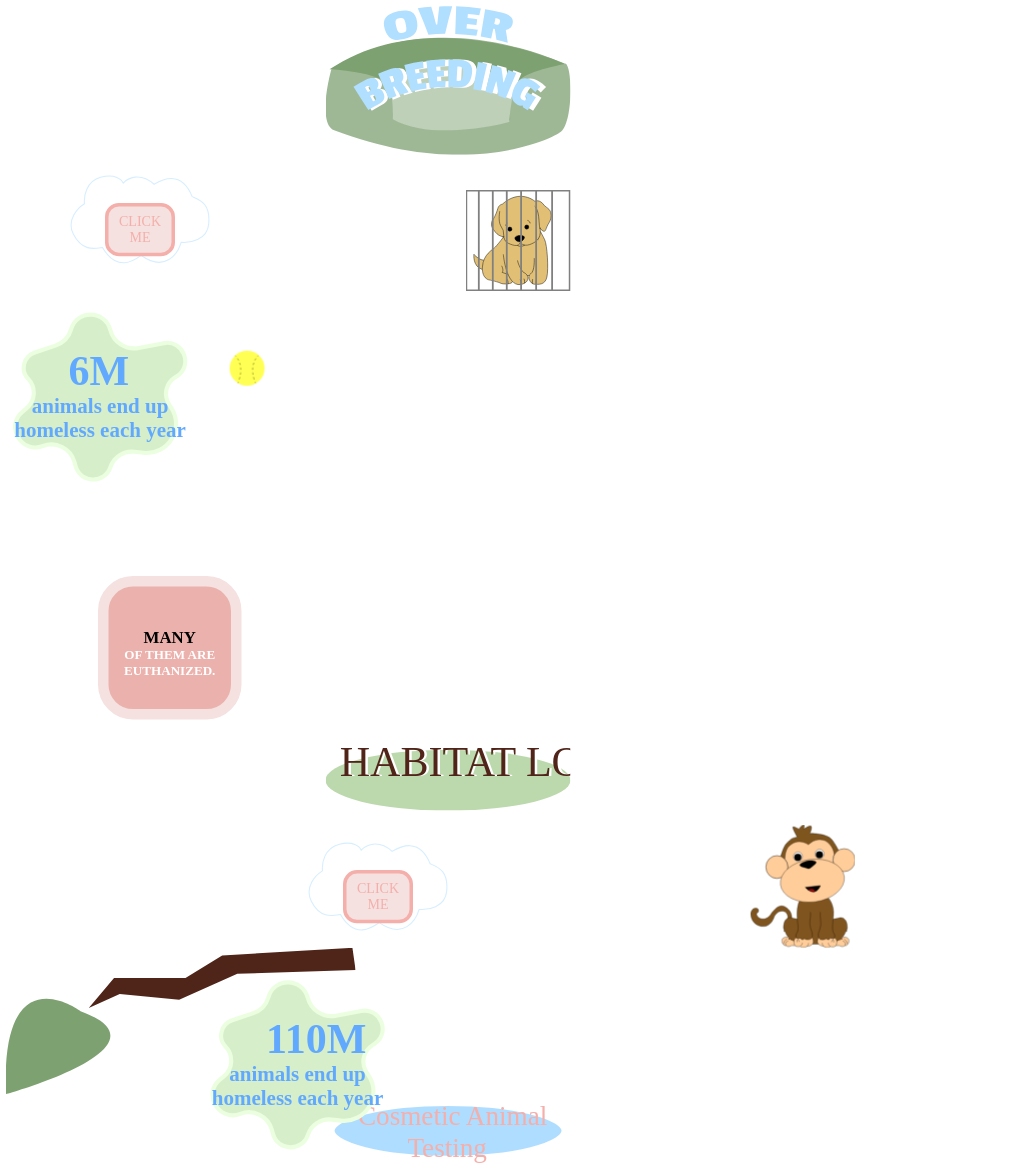
Repository: SoleilDagneau/MDIA2109Midterm
Page: index.html
The author's editor kept a copy of each file at every save. The page is drawn from the files as they stood at one save, then again after a run of saves.
The browser window is 1280 px wide. The page is 1372 px wide, then 1472 px, so the pictures cover 1472 px, including what lies to the right of the window. The pictures show the part of the page from y = 0 to 1680 px (the page is 3460 px tall), at 70% of full size.
Some web fonts or font styles are not loaded; a fallback is used.

Above is the page before, as saved 2022-03-03 19:31:45.
Console error: TypeError: Cannot set properties of null (setting 'innerText')

After the next 2 saves:
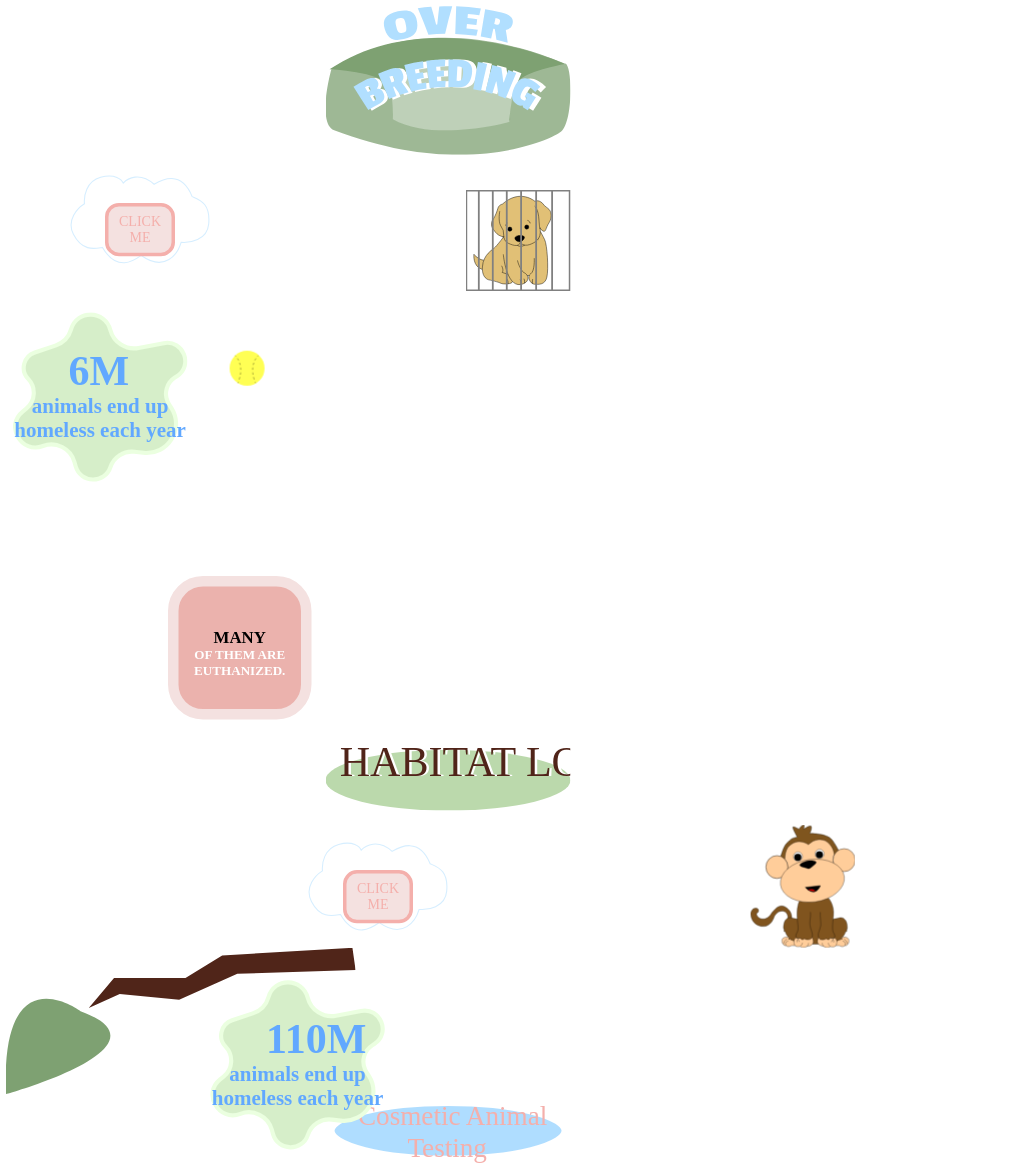
The 2 saves are shown as one change because they came seconds apart.
The last was saved 7 s later.
--- a/styles.css
+++ b/styles.css
@@ -30,7 +30,7 @@
 .htext{
     display:flex;
     position: relative;
-    left: 100px;
+    left: 200px;
 }
 
 /*------------------END OF SECTION 1----------------------------*/
